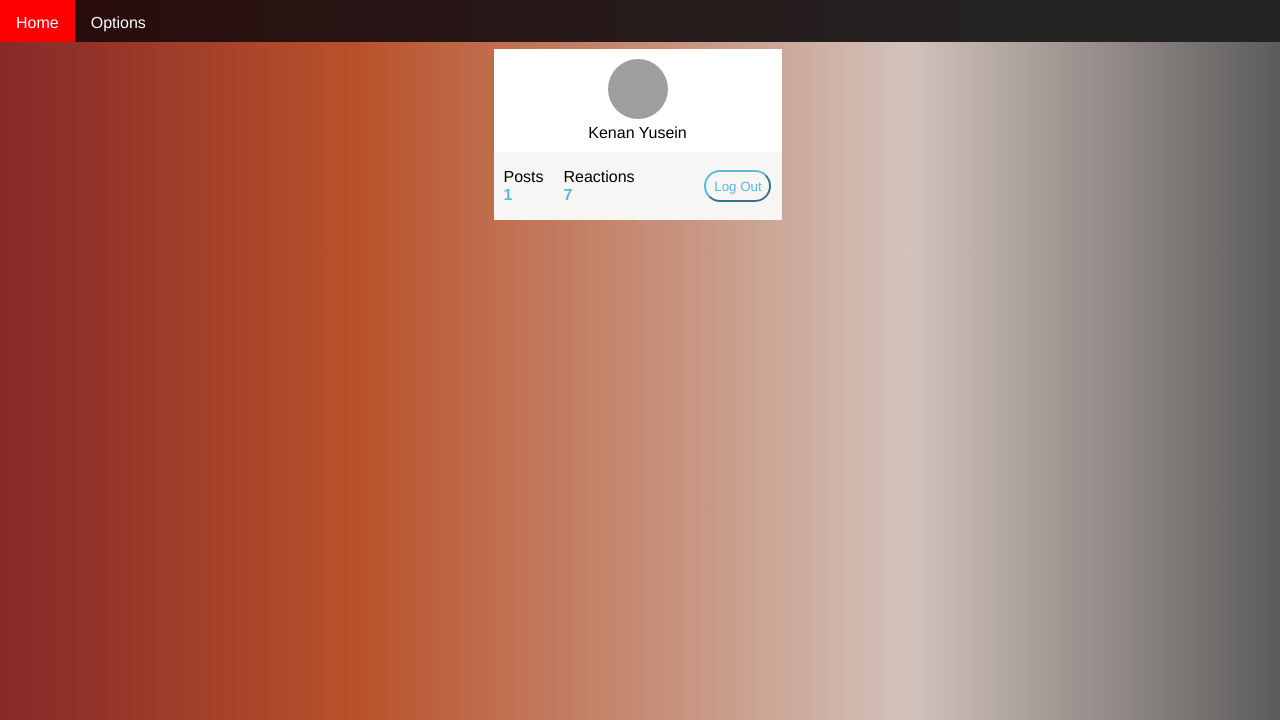
Repository: kensevv/nevexisDemos
Page: http://localhost/Car_Rental_Management_System/Profile.jsp
An editor plug-in stored every save of this project. The page is shown before and after the next save, followed by the edit.
The browser window is 1280 px wide. The pictures show the whole page.
Pictures or frames that could not be fetched are drawn as grey boxes. The page is served by Tomcat 9. Nobody is signed in. The application's start-up code is not run.

Above is the page before, as saved 2021-03-26 10:06:06.

After the next save:
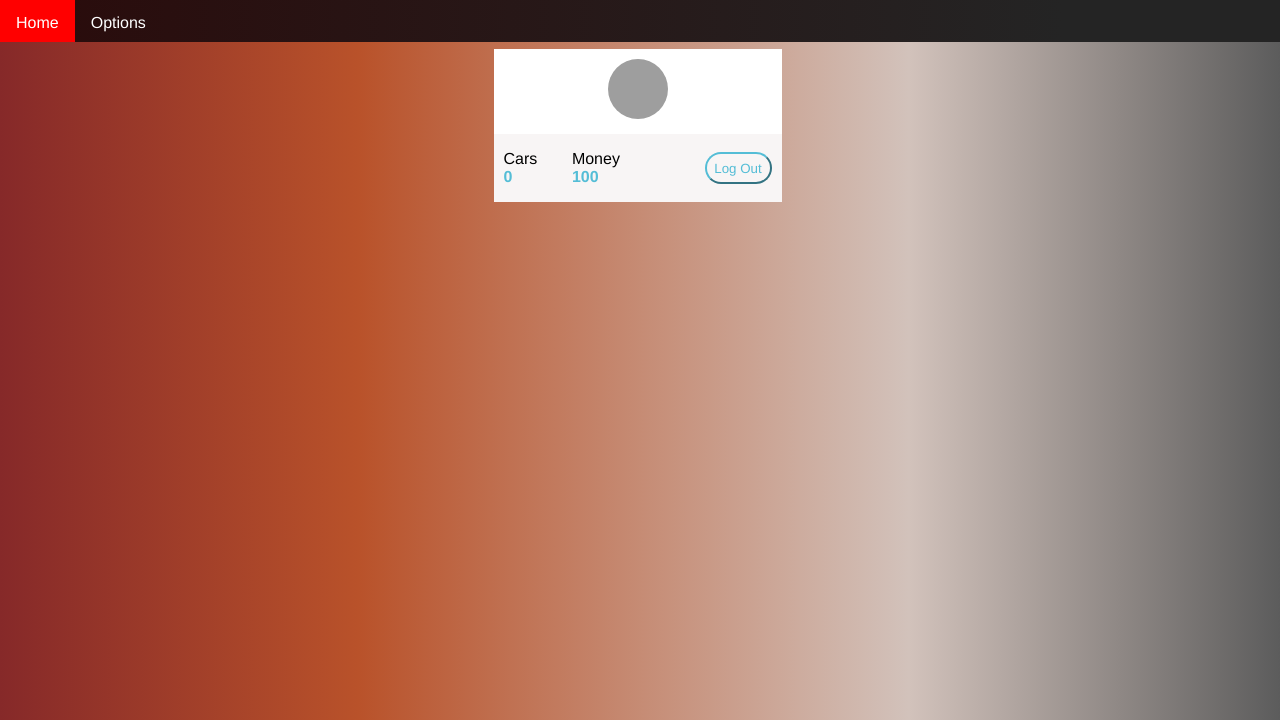
Saved 39 s later.
--- a/Car_Rental_Management_System/src/main/webapp/Profile.jsp
+++ b/Car_Rental_Management_System/src/main/webapp/Profile.jsp
@@ -16,16 +16,16 @@
             <div id="Profile">
                 <div id="myProfile">
                     <img class="avatar" src="icons/Georgi.png" alt="Kenan" />
-                    <label>Kenan Yusein</label>
+                    <label>${sessionScope.account.username}</label>
                 </div>
                 <div id="Info">
                     <p>
-                        <label>Posts</label>
-                        <label id="number">1</label>
+                        <label>Cars</label>
+                        <label id="number">0</label>
                     </p>
                     <p>
-                        <label>Reactions</label>
-                        <label id="number">7</label>
+                        <label>Money</label>
+                        <label id="number">100</label>
                     </p>
                     <button id="logout">Log Out</button>
                 </div>
